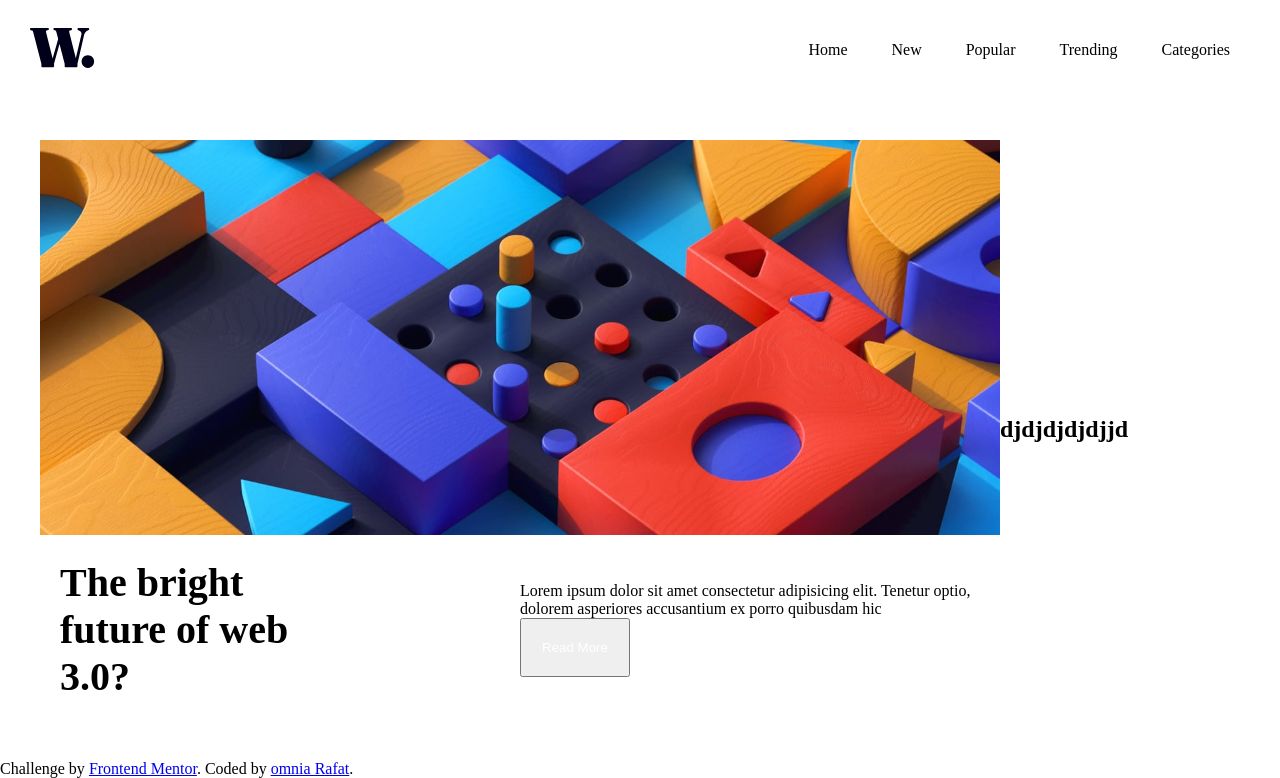
Repository: OmniaRafat232111121/HomePage
Page: index.html
These files come from the project's save history. The page is drawn as it stood at one moment and after the next save; the edit follows.
The browser window is 1280 px wide. The pictures show the whole page.

Above is the page before, as saved 2022-12-17 15:55:11.

### index.html
<!DOCTYPE html>
<html lang="en">
<head>
  <meta charset="UTF-8">
  <meta name="viewport" content="width=device-width, initial-scale=1.0"> <!-- displays site properly based on user's device -->

  <link rel="icon" type="image/png" sizes="32x32" href="./assets/images/favicon-32x32.png">

  <title>Frontend Mentor | News homepage</title>
 <link rel="stylesheet" href="style.css">
</head>
<body>
  <!--header start-->
  <header class="header">
    <div class="logo">
      <a href="index.html">
        <img src="./assets/images/logo.svg" alt="image"/>
      </a>
    </div>
    <nav>
      <ul>
        <li href="index.html"><a>Home</a></li>
        <li href="#new"><a>New</a></li>
        <li href="#popular"><a>Popular</a></li>
         <li href="#trending"><a>Trending</a></li>
         <li href="#categories"><a>Categories</a></li>

      </ul>
    </nav>

  </header>
    <!--header ends-->
    <!--home start-->
    <section class="home">
      <div class="container">
        <div class="col-play">
            <img src="./assets/images/image-web-3-desktop.jpg" alt="image"/>
            <div class="content">
              <div class="heading">
                <h1>The bright future of web 3.0?</h1>

              </div>
              <div class="reading">
                <p>Lorem ipsum dolor sit amet consectetur adipisicing elit.
                  Tenetur optio, dolorem asperiores accusantium ex porro quibusdam hic
                   </p>
                 <button>Read More</button>
                  </div>

            </div>
        </div>
        <div class="col-content">
       <h2>djdjdjdjdjjd</h2>
        </div>

      </div>

    </section>
    <!--home end-->
  <div class="attribution">
    Challenge by <a href="https://www.frontendmentor.io?ref=challenge" target="_blank">Frontend Mentor</a>.
    Coded by <a href="#">omnia Rafat</a>.
  </div>
</body>
</html>

### style.css

*{
    margin:0;
    padding:0;
    box-sizing: border-box;
}
ul {
    list-style: none;
}
.header{
    width: 100%;
    height:100px;
    display:flex;
    align-items: center;
    justify-content: space-between;
    padding:30px;
}
.header nav ul li{
    display: inline-block;
    padding:20px;
}
/*home*/
.home{
    padding:40px;
}
.container{
    display:flex;
    align-items: center;

}
.col-play{
    flex-basis: 80%;
}
.col-play img{
    max-width: 100%;
    width:100%;
}
.content{
    display:flex;
    align-items: center;
    justify-content: space-between;
    padding:20px;
}
.heading{
    flex-basis: 50%;
}
.heading h1{
    width:50%;
    font-size: 40px;
    font-weight: bold;
}
.reading{
    flex-basis: 50%;
}
.reading button{
    color:white;
    marg
    background-color:hsl(5, 85%, 63%);
    padding:20px ;
}
.col-content{
    flex-basis: 20%;
}

After the next save:
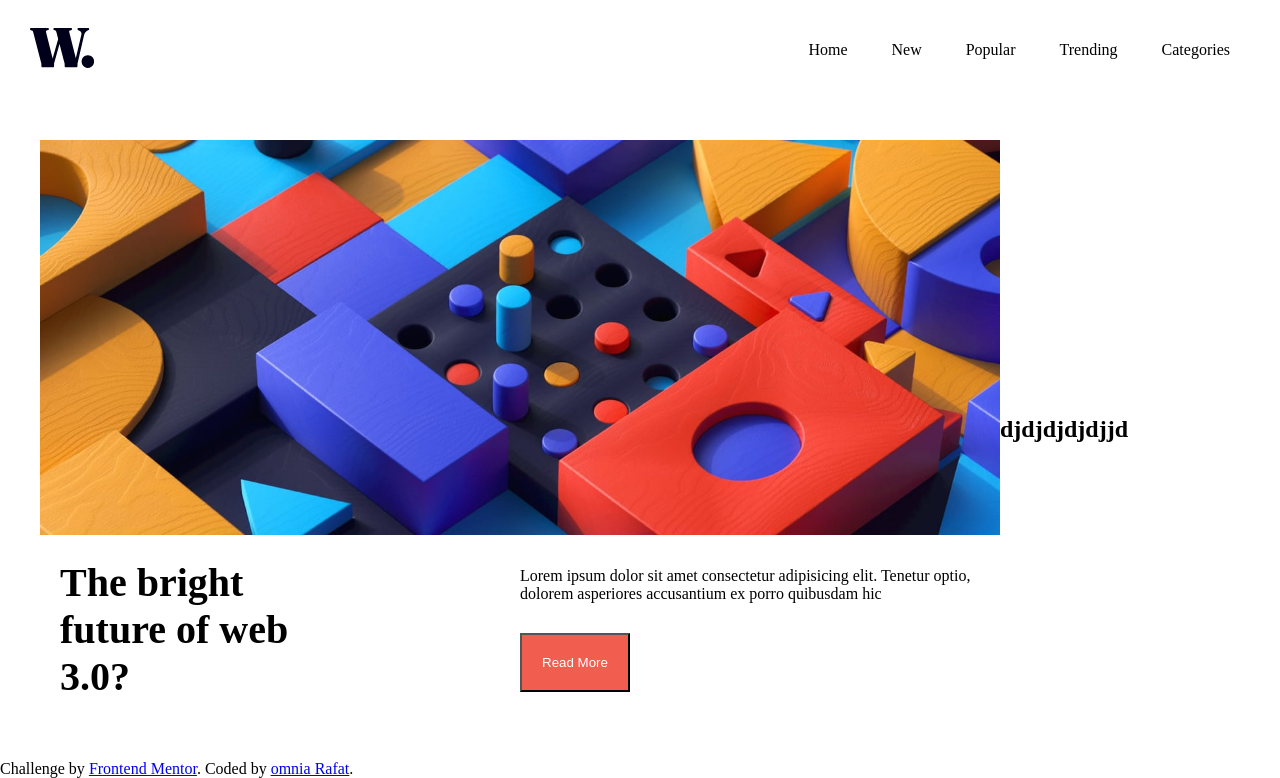
Saved 4 s later.
--- a/style.css
+++ b/style.css
@@ -54,7 +54,7 @@ ul {
 }
 .reading button{
     color:white;
-    marg
+    margin-top: 30px;
     background-color:hsl(5, 85%, 63%);
     padding:20px ;
 }
